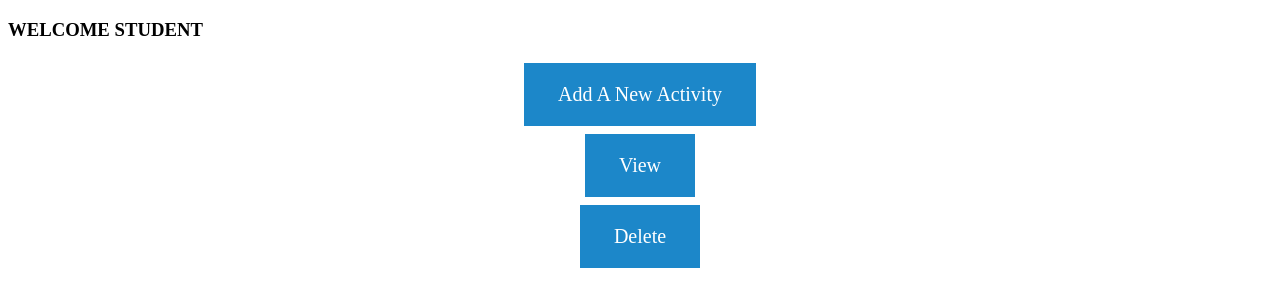
Repository: Malz6/DBMS-ActivityTracking
Page: dbs/WebContent/studentch.html
An editor plug-in stored every save of this project. The page is shown before and after the next save, followed by the edit.
The browser window is 1280 px wide. The pictures show the whole page.

Above is the page before, as saved 2019-12-11 08:32:38.

After the next save:
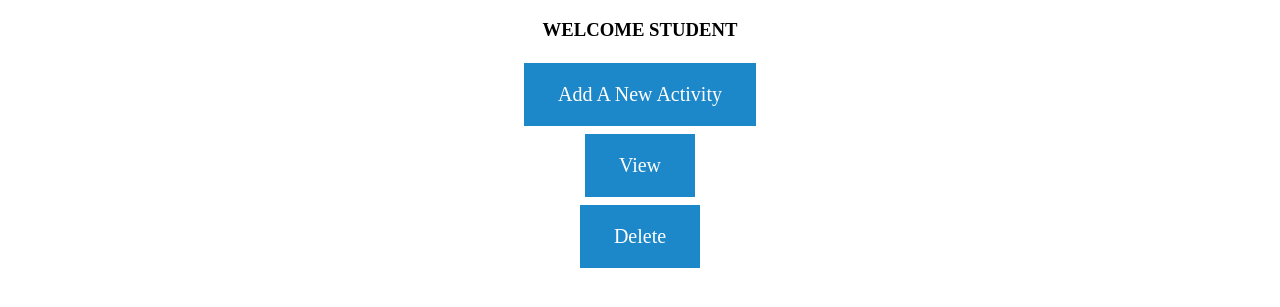
Saved 41 s later.
--- a/dbs/WebContent/studentch.html
+++ b/dbs/WebContent/studentch.html
@@ -18,7 +18,7 @@
       </style>
    </head>
    <body>
-   		<h3>WELCOME STUDENT</h3>
+   		<center><h3>WELCOME STUDENT</h3></center>
        <center><a href="insert.html" class="button">Add A New Activity</a><br/></center>
        <center><a href="view.html" class="button">View</a><br/></center>
        <center><a href="delete.html" class="button">Delete</a><br/></center>
